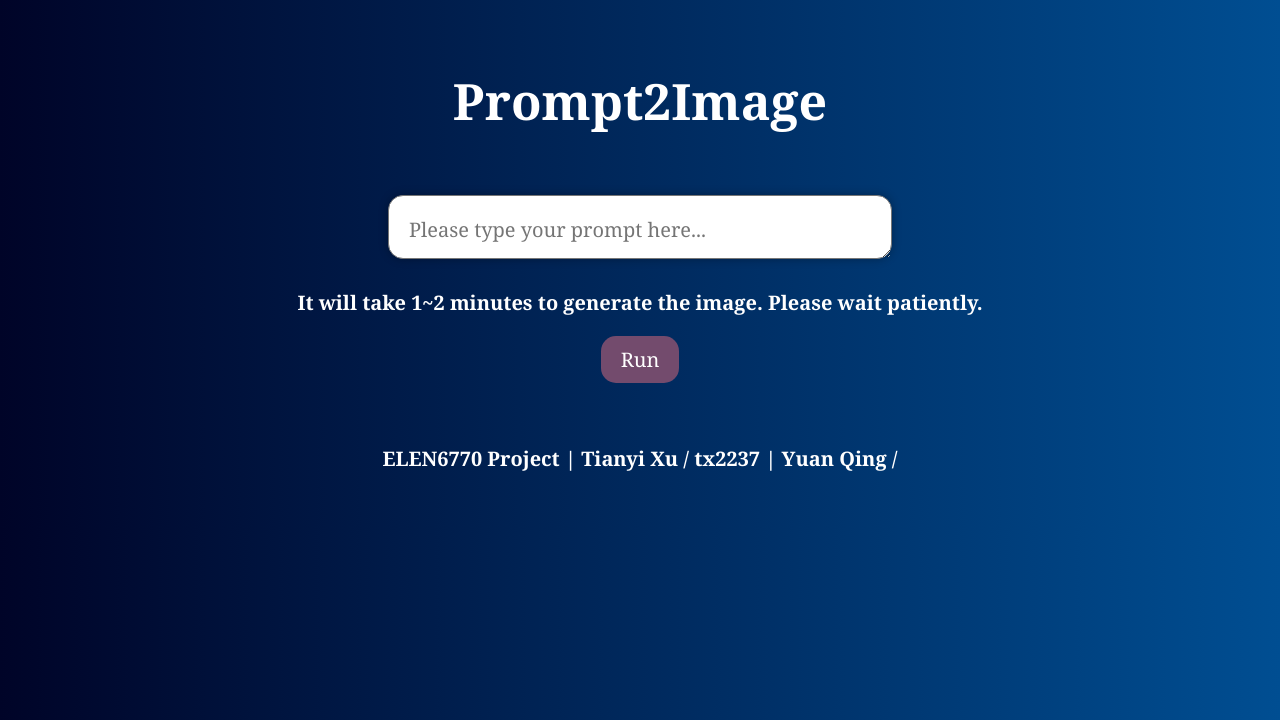
Repository: XTTTZ/Prompt2Image
Page: main3.html
These files come from the project's save history. The page is drawn as it stood at one moment and after the next save; the edit follows.
The browser window is 1280 px wide. The pictures show the whole page.
The page's requests for data from a server got no answer.

Above is the page before, as saved 2023-11-30 22:51:06.

After the next save:
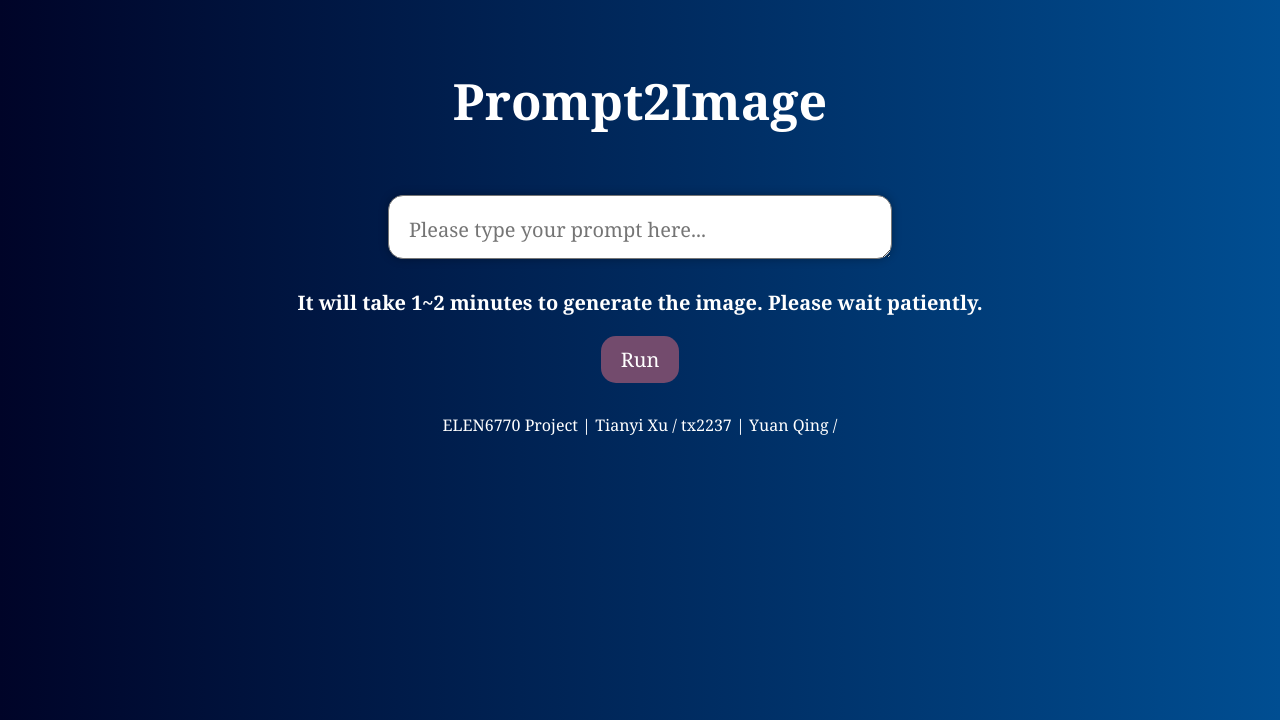
Saved 2 min 52 s later.
--- a/main3.html
+++ b/main3.html
@@ -119,9 +119,9 @@
         <button id="downloadButton" onclick="downloadImages()" style="display:none">Download Images</button>
     </form>
 
-    <label style="margin:100vh; bottom:0; text-align: center;width:100%">
+    <footer style=" bottom:0; text-align: center;width:100%">
         <p>ELEN6770 Project | Tianyi Xu / tx2237 | Yuan Qing / </p>
-    </label>
+    </footer>
 
     <script>
         var server_addr = '34.67.111.69';
